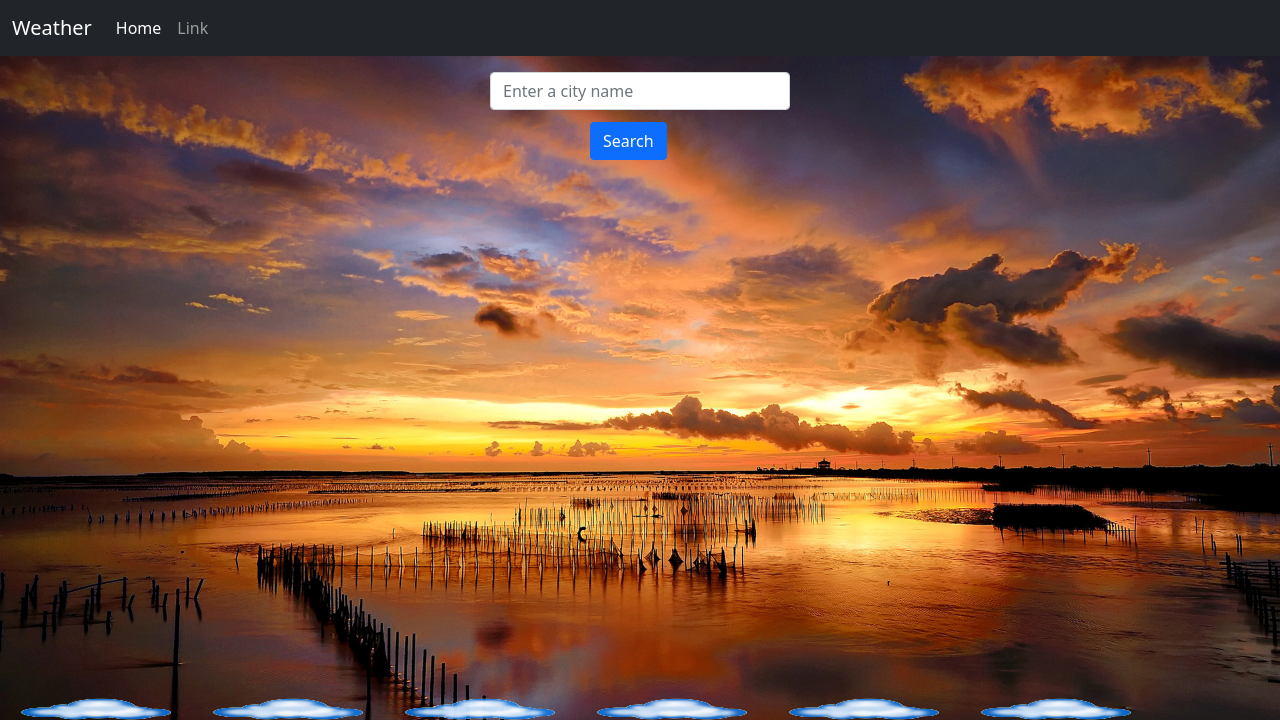
Repository: rohitbharti258/Project_Weather_finder
Page: index.html
The author's editor kept a copy of each file at every save. The page is drawn from the files as they stood at one save, then again after the next save.
The browser window is 1280 px wide. The pictures show the whole page.

Above is the page before, as saved 2022-02-28 13:05:23.

After the next save:
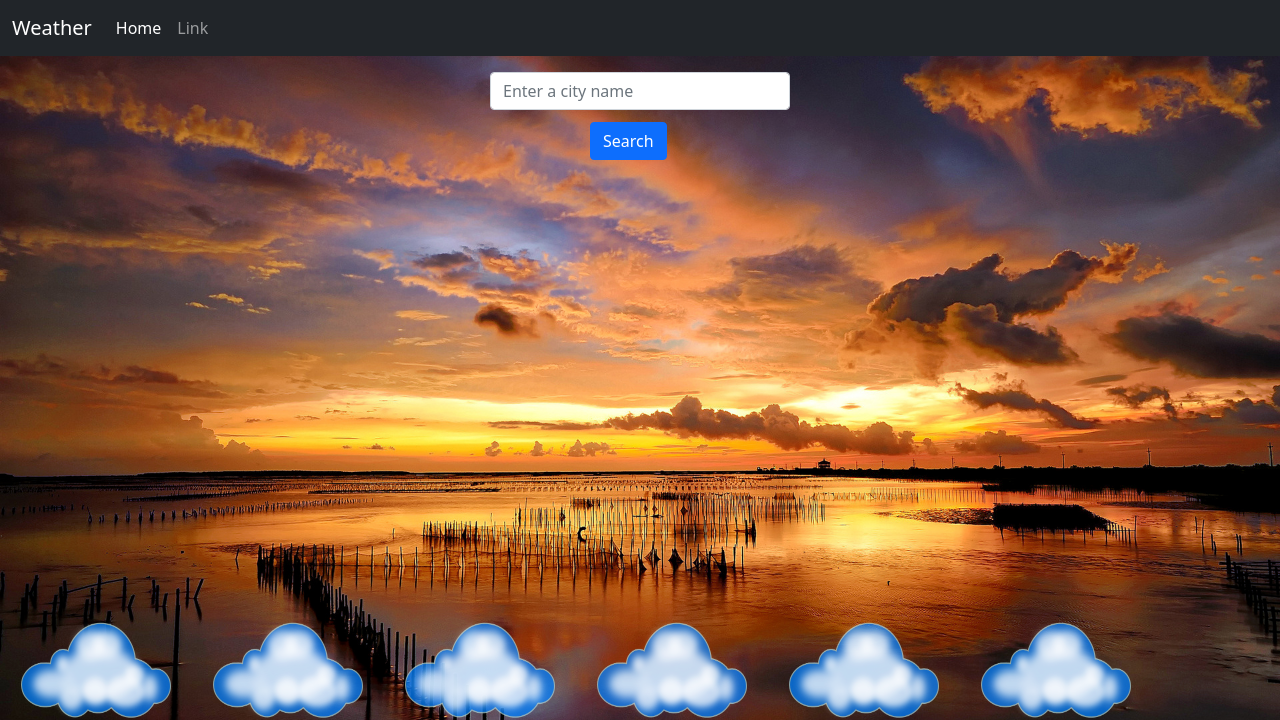
Saved 7 s later.
--- a/style.css
+++ b/style.css
@@ -32,7 +32,7 @@ body {
 }
 .cloud img{
     width:150px;
-    /* height:100px; */
+    height:100px;
     animation: cloud 7s linear infinite;
 }
 .weatherBox {
